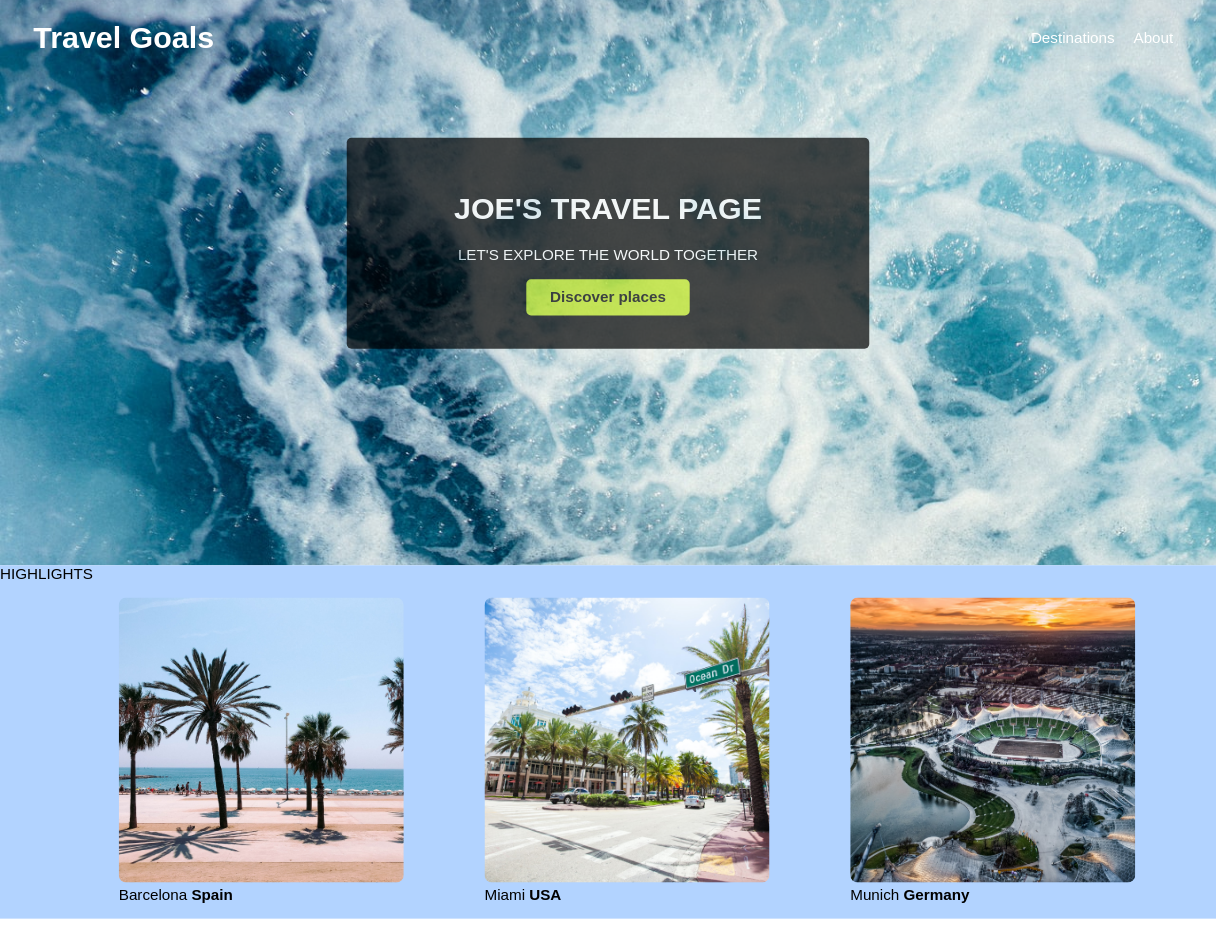
Repository: Harjot00/Wevdev
Page: Travel/index.html
These files come from the project's save history. The page is drawn as it stood at one moment and after the next save; the edit follows.
The browser window is 1280 px wide. The pictures show the whole page, at 95% of full size.

Above is the page before, as saved 2022-05-08 01:24:33.

After the next save:
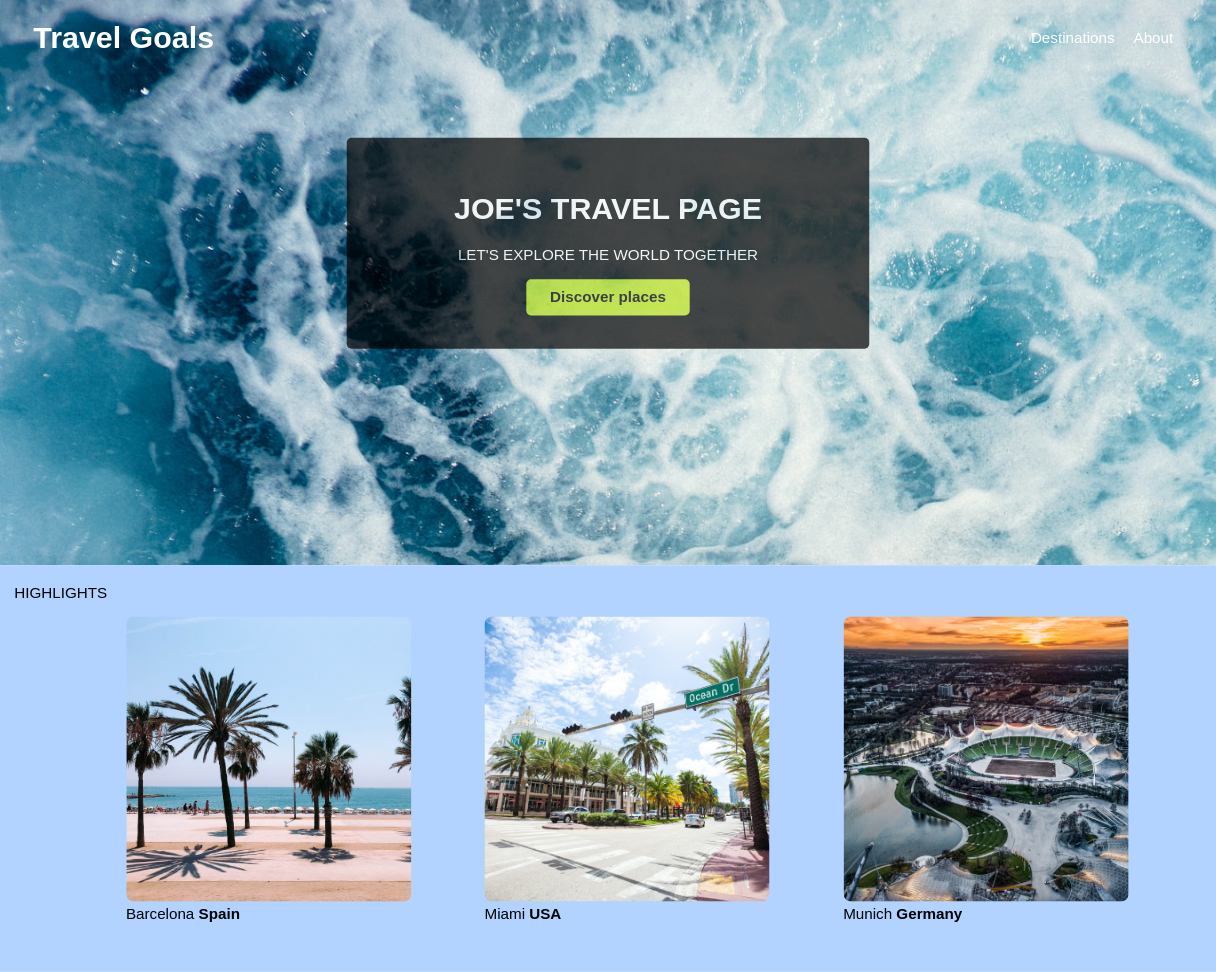
Saved 6 s later.
--- a/Travel/style.css
+++ b/Travel/style.css
@@ -63,7 +63,7 @@ div > a{
 }
 section{
     background-color:rgb(178, 211, 255);
-    paddding:20px 15px;
+    padding:20px 15px;
 }
 
 section ul{
